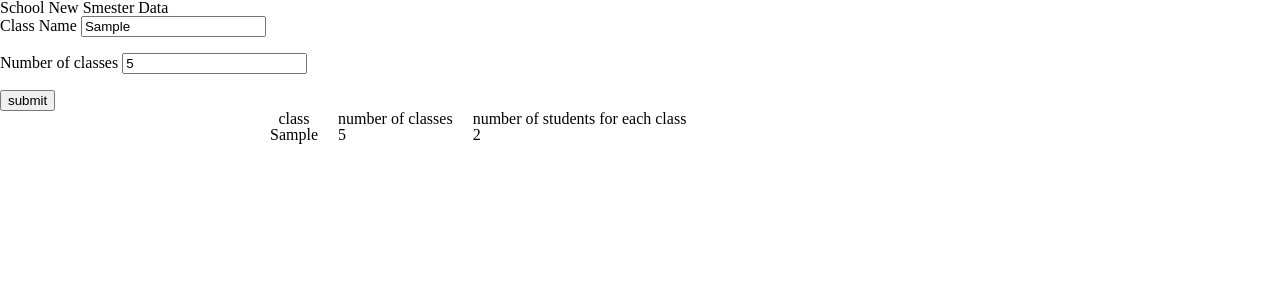
Repository: Razan-am/exam-practice
Page: index.html
An editor plug-in stored every save of this project. The page is shown before and after the next save, followed by the edit.
The browser window is 1280 px wide. The pictures show the whole page.
Empty fields were first filled with sample values (such as "Sample", 5 or name@example.com).
After loading, the first visible `#myForm` was submitted once.

Above is the page before, as saved 2021-05-30 23:07:50.

After the next save:
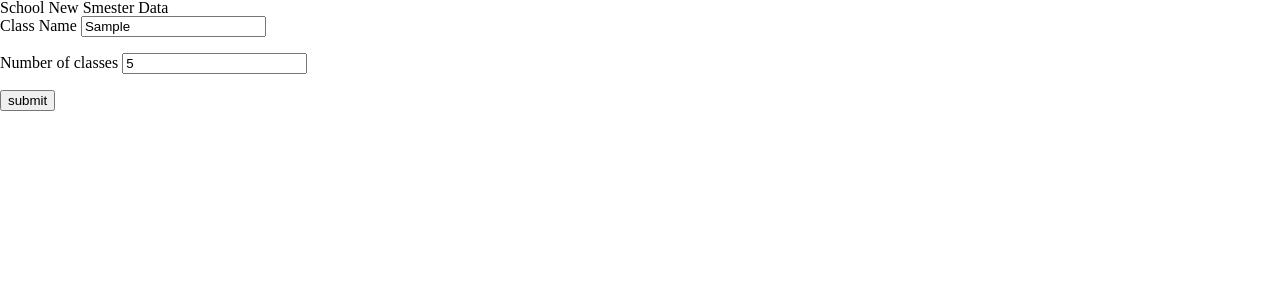
Saved 44 s later.
--- a/js/app.js
+++ b/js/app.js
@@ -33,7 +33,7 @@
 let headerEl = document.createElement('tr');
 myTable.appendChild(headerEl);
 function theader() {
-    // headerEl.textContent='';
+    myTable.textContent='';
     for (let index = 0; index < headerData.length; index++) {
         let thEl = document.createElement('th');
         headerEl.appendChild(thEl);
@@ -43,7 +43,7 @@
 let tBody = document.createElement('tr');
 myTable.appendChild(tBody);
 function render() {
-    // tBody.textContent='';
+    myTable.textContent='';
     for (let index = 0; index < mainArr.length; index++) {
         let td1 = document.createElement('td');
         tBody.appendChild(td1);

After the 2 saves that followed:
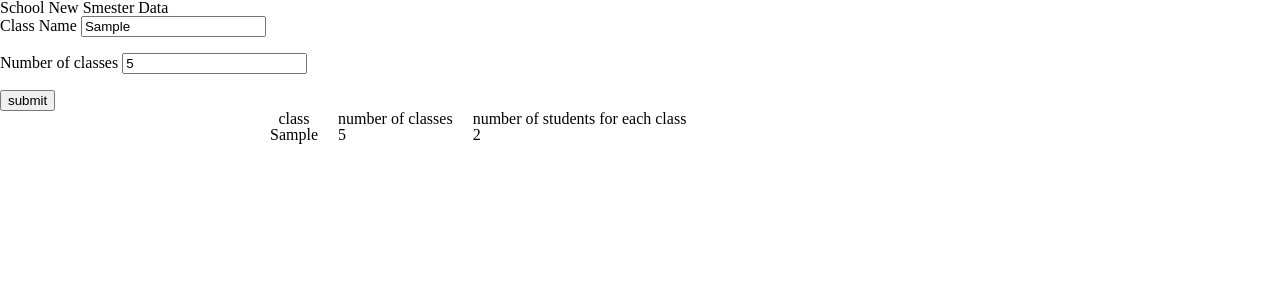
The 2 saves are shown as one change because 1 left the picture as it was.
The last was saved 68 s later.
--- a/js/app.js
+++ b/js/app.js
@@ -33,7 +33,7 @@
 let headerEl = document.createElement('tr');
 myTable.appendChild(headerEl);
 function theader() {
-    myTable.textContent='';
+    // myTable.textContent='';
     for (let index = 0; index < headerData.length; index++) {
         let thEl = document.createElement('th');
         headerEl.appendChild(thEl);
@@ -43,7 +43,7 @@
 let tBody = document.createElement('tr');
 myTable.appendChild(tBody);
 function render() {
-    myTable.textContent='';
+    // myTable.textContent='';
     for (let index = 0; index < mainArr.length; index++) {
         let td1 = document.createElement('td');
         tBody.appendChild(td1);
@@ -59,8 +59,6 @@
     let td3 = document.createElement('td');
     tBody.appendChild(td3);
     td3.textContent = `${mainArr.randomNumber}`;
-
-
 }
 
 
